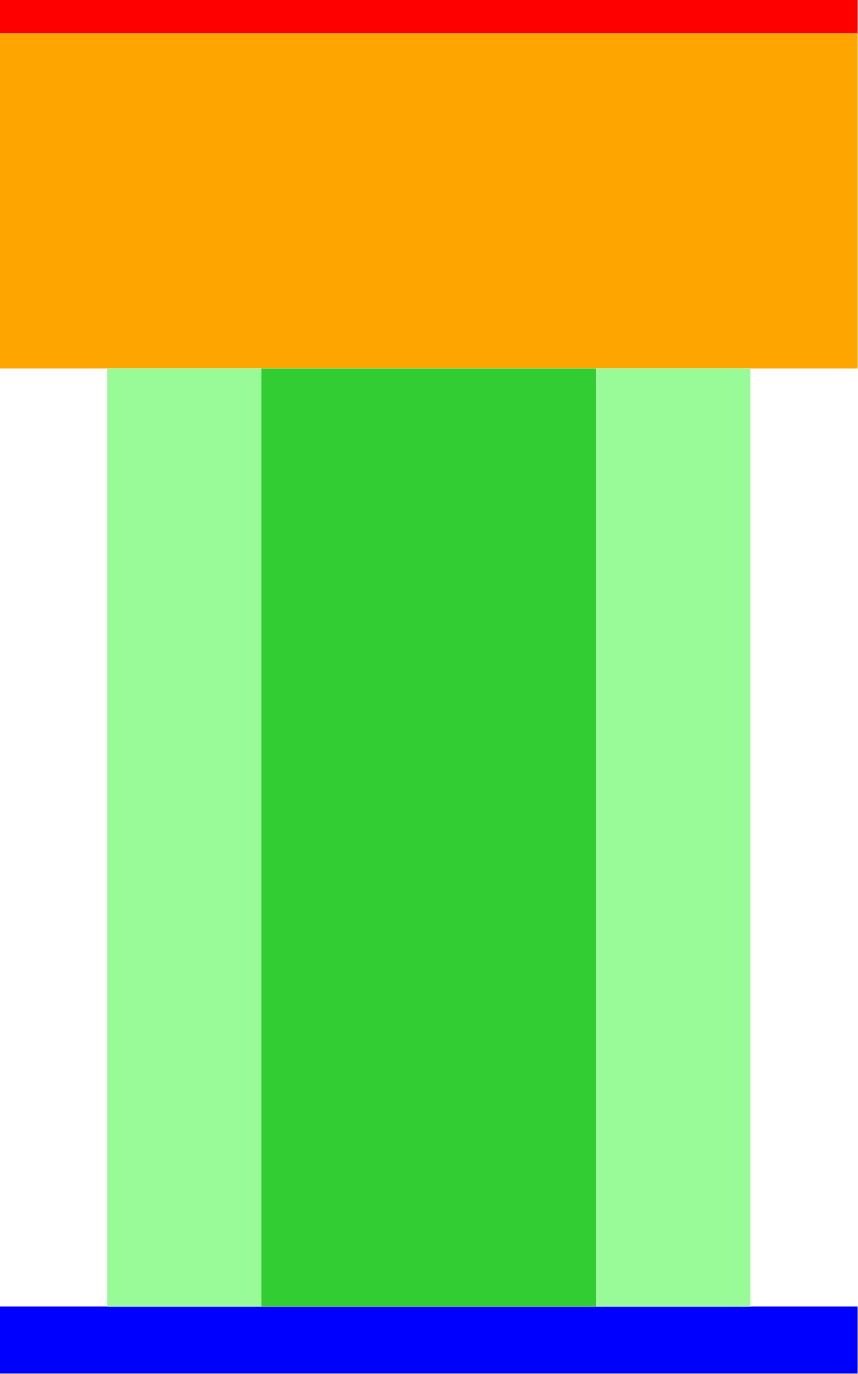
Repository: kawashimq/git-practice
Page: practice/practice-html-4.html
The author's editor kept a record of every edit. The page is drawn from the files as they stood at one moment, then again after the next edit.
The browser window is 1280 px wide. The pictures show the whole page, at 67% of full size.

Above is the page before.

After the next edit:
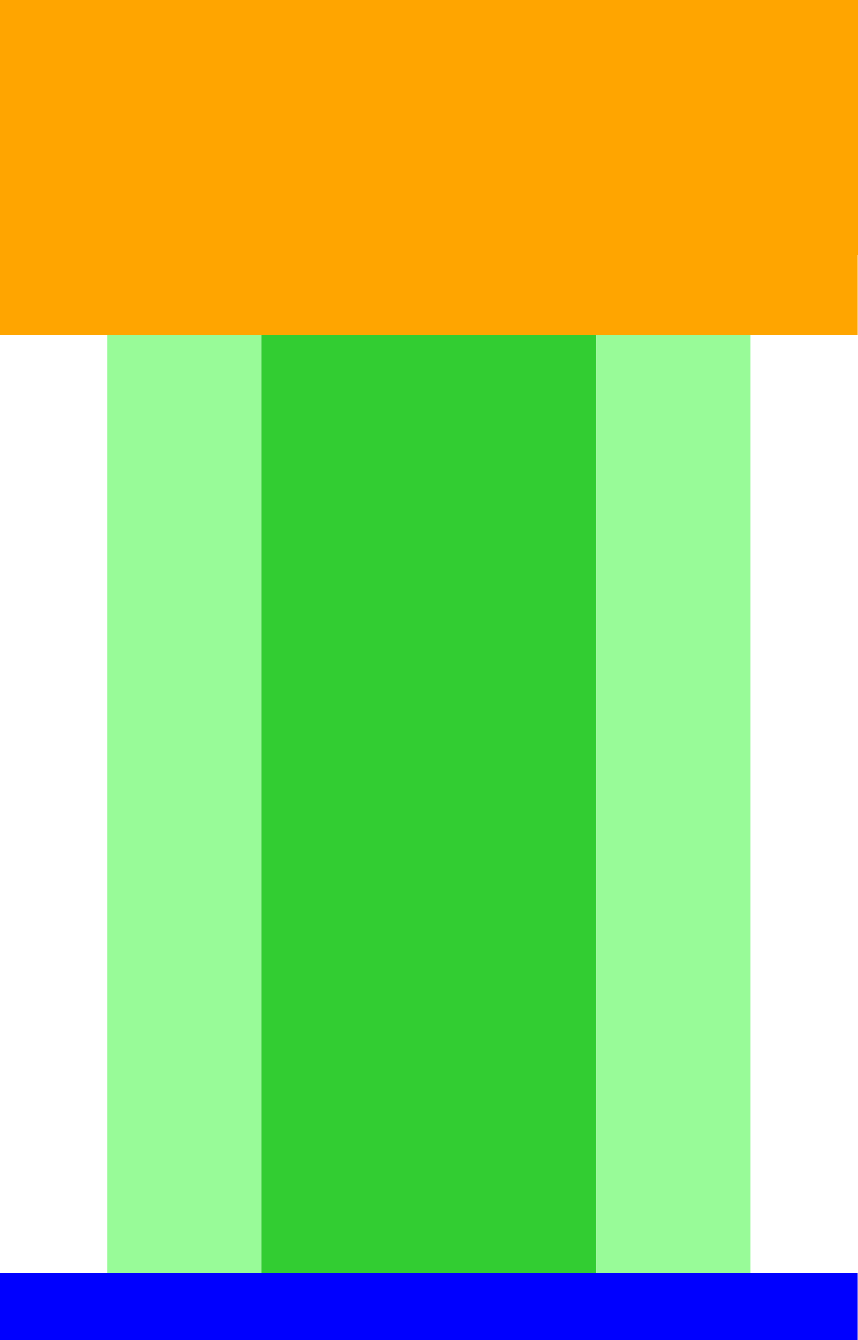
The edit:
--- a/practice/practice-html-4.html
+++ b/practice/practice-html-4.html
@@ -9,7 +9,7 @@
 
   <body>
 
-    <div class="header"></div>
+
 
     <div class="main-visual"></div>
 
